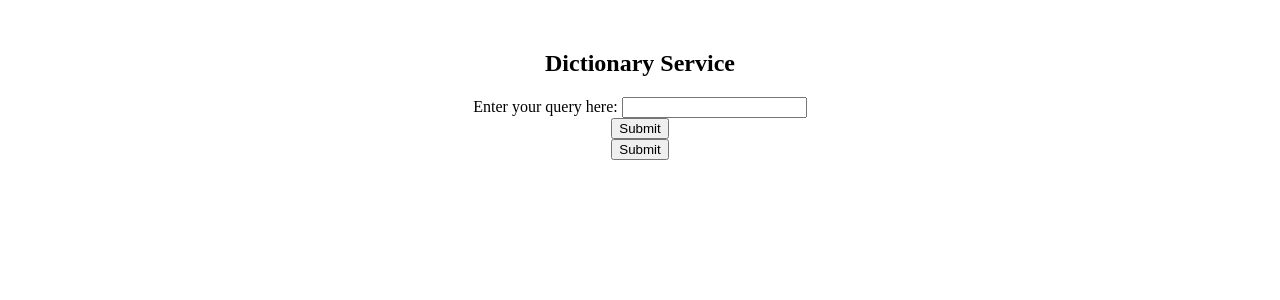
Repository: DonalMcGahon/An-Asynchronous-RMI-Dictionary-Service
Page: http://localhost/DictionaryWebApp/DictionaryForm.jsp
These files come from the project's save history. The page is drawn as it stood at one moment and after the next save; the edit follows.
The browser window is 1280 px wide. The pictures show the whole page.
The page is served by Tomcat 9.

Above is the page before, as saved 2017-12-21 13:52:08.

After the next save:
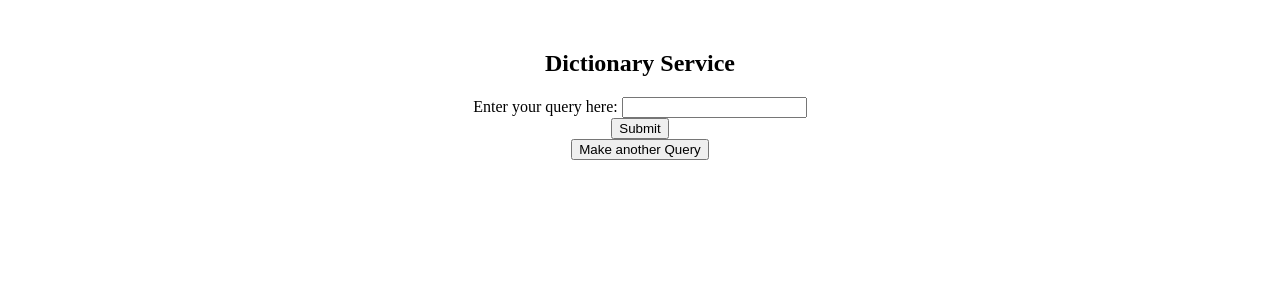
Saved 17 s later.
--- a/Project Workspace/DictionaryWebApp/WebContent/DictionaryForm.jsp
+++ b/Project Workspace/DictionaryWebApp/WebContent/DictionaryForm.jsp
@@ -15,7 +15,7 @@
         <input type="submit" value="Submit">
         </form>
 
-        <form action="where-you-want-to-go"><input type="submit"></form>
+        <form action="where-you-want-to-go"><input type="submit" value="Make another Query"></form>
 
     </div>
 </body>
